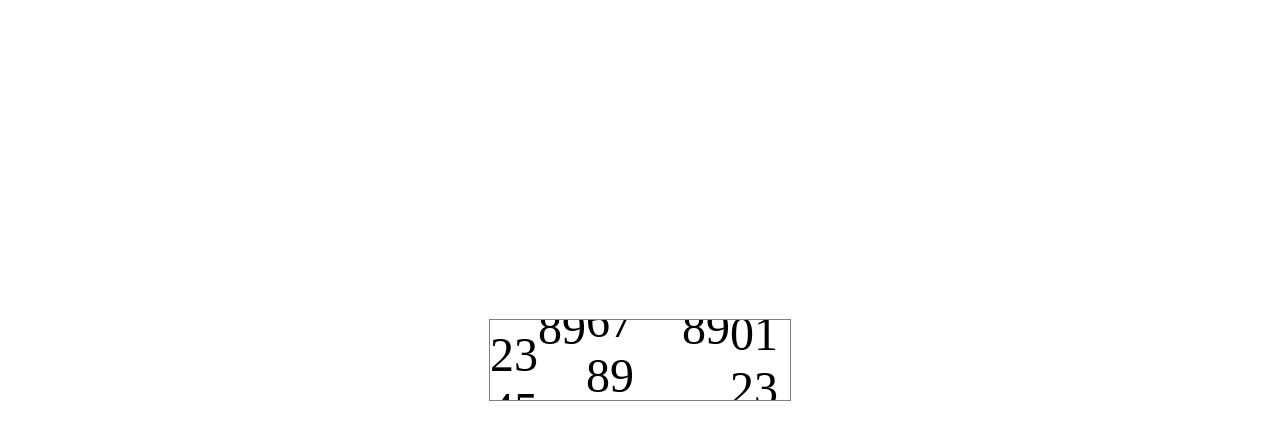
Repository: cbtpro/javascript
Page: src/animation-time/index.html
An editor plug-in stored every save of this project. The page is shown before and after a run of saves, followed by the edit.
The browser window is 1280 px wide. The pictures show the whole page.

Above is the page before, as saved 2023-04-05 17:22:22.

### src/animation-time/index.html
<!DOCTYPE html>
<html lang="zh" dir="ltr">

<head>
  <meta charset="utf-8">
  <title>动画时间</title>
  <style type="text/css">
    * {
      margin: 0;
      padding: 0;
    }
    html,
    body {
      margin: 0;
    }

    .container {
      font-size: 12px;
      position: absolute;
      top: 50%;
      left: 50%;
      width: 300px;
      height: 80px;
      transform: translate(-50%, -50%);
      border: 1px gray solid;
      overflow: hidden;
    }

    .time-block {
      float: left;
      position: relative;
      font-size: 4em;
      width: 1em;
      text-align: center;
      word-wrap: break-word;
      transition: top 0.5s;
    }
  </style>
  <script type="text/javascript">
    /**
    * 生成安全随机数
    * @param {*} min 最小值（包含）
    * @param {*} max 最大值（包含）
    * @param {*} isFloat 是否带小数
    * @returns {number} 范围内随机数
    */
    const random = function (min = 0, max = 100, isFloat = false) {
      const array = new Uint32Array(1)
      const maxUint = 0xffffffff
      const randomNumber = crypto.getRandomValues(array)[0] / maxUint
      const randomRangeValue = (max - min + 1) * randomNumber + min
      return isFloat ? randomRangeValue : Math.floor(randomRangeValue)
    }
    // window.onload = () => {
    //   let timeBlocks = document.querySelectorAll('.time-block')
    //   setInterval(() => {
    //     let now = new Date()
    //     let timeStr = `${now.getHours()}${now.getMinutes()}${now.getSeconds()}`
    //     Array.from(timeStr, (num, i) => {
    //       let n = Number(num);
    //       timeBlocks.item(i).style.top = -83 * n + 'px';
    //     })
    //   }, 1000)
    // }
    const tick = (timeBlocks) => {
      let now = new Date()
      let timeStr = `${now.getHours()}${now.getMinutes()}${now.getSeconds()}`
      console.log(timeStr);
      Array.from(timeStr, (num, i) => {
        let n = Number(num);
        timeBlocks.item(i).style.top = -1 * n + 'em';
      })
    }
    const start = () => {
      let timeBlocks = document.querySelectorAll('.time-block')
      window.setTimeout(() => {
        tick(timeBlocks);
        start();
      }, 1000)
    };
    window.onload = () => {
      start();
    }
  </script>
</head>

<body>
  <div class="container">
    <div class="time-block">0123456789</div>
    <div class="time-block">0123456789</div>
    <div class="time-block">0123456789</div>
    <div class="time-block">0123456789</div>
    <div class="time-block">0123456789</div>
    <div class="time-block">0123456789</div>
  </div>
</body>

</html>

After the next 2 saves:
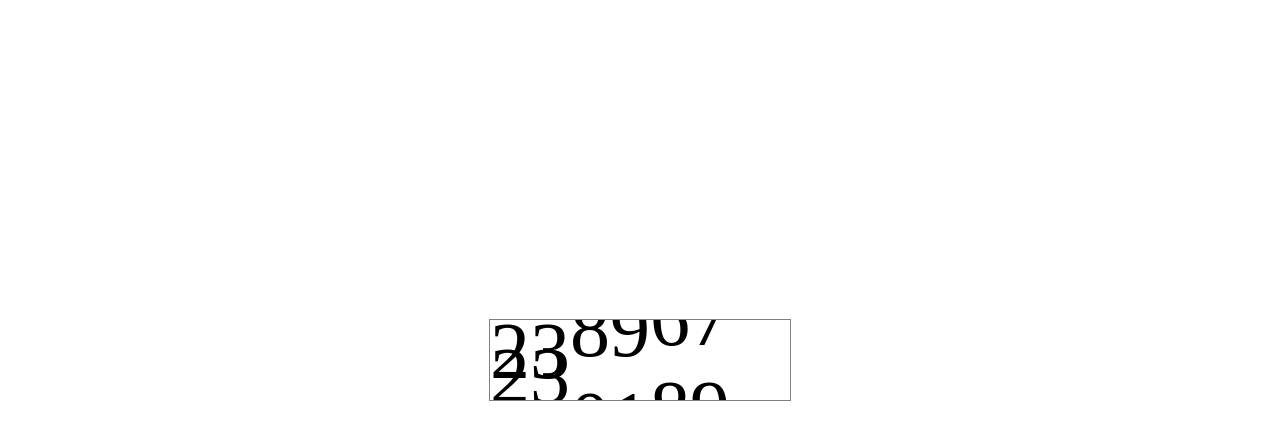
The 2 saves are shown as one change because they came seconds apart.
The last was saved 17 s later.
--- a/src/animation-time/index.html
+++ b/src/animation-time/index.html
@@ -29,7 +29,7 @@
     .time-block {
       float: left;
       position: relative;
-      font-size: 4em;
+      font-size: 80px;
       width: 1em;
       text-align: center;
       word-wrap: break-word;
